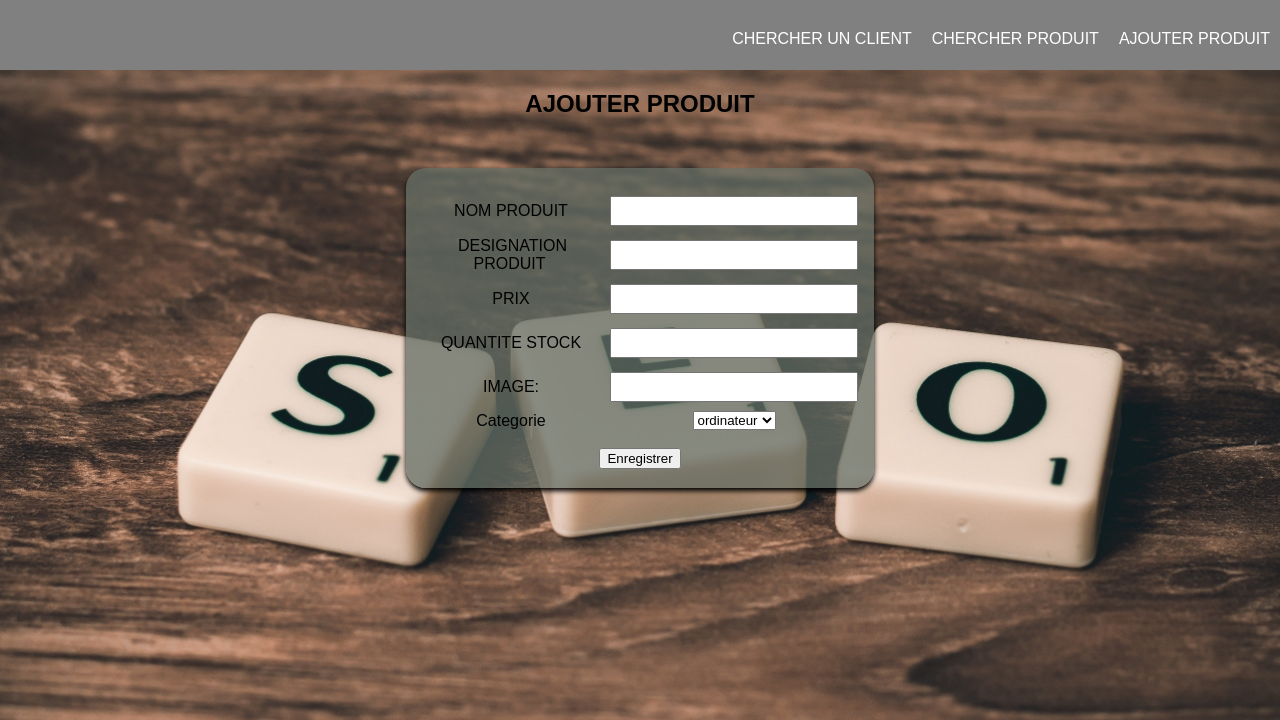
Repository: ahthionkevin/first-ecommerce-website
Page: http://localhost/addProductView.php
An editor plug-in stored every save of this project. The page is shown before and after the next save, followed by the edit.
The browser window is 1280 px wide. The pictures show the whole page.
The page is run by PHP 8.4 with error messages shown; the project is at /var/www/html/.

Above is the page before, as saved 2021-06-18 09:57:57.

After the next save:
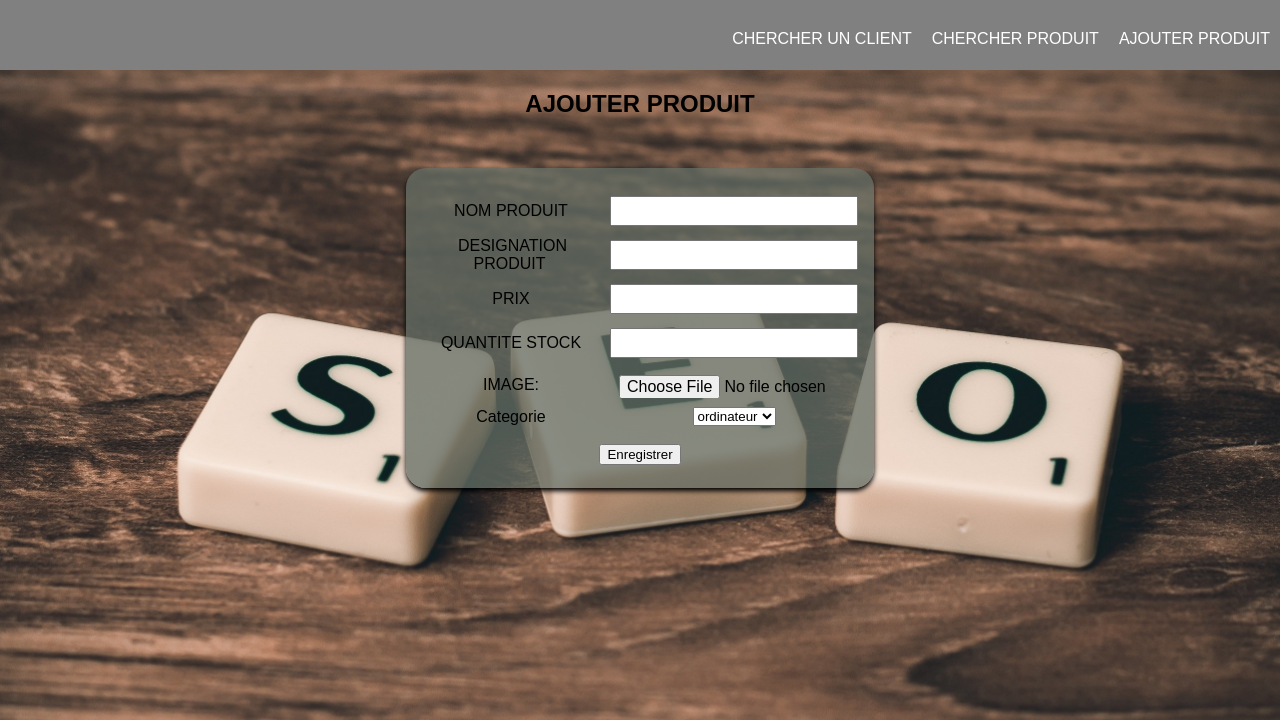
Saved 33 min 30 s later.
--- a/Cote_Serveur/addProductView.php
+++ b/Cote_Serveur/addProductView.php
@@ -34,7 +34,7 @@
 
             <tr>
                 <td><label for="img">IMAGE: </label></td>
-                <td><input type="files" name="img" id="img" class="sign"></td>
+                <td><input type="file" name="img" id="img" class="sign"></td>
             </tr>
 
             <tr>
